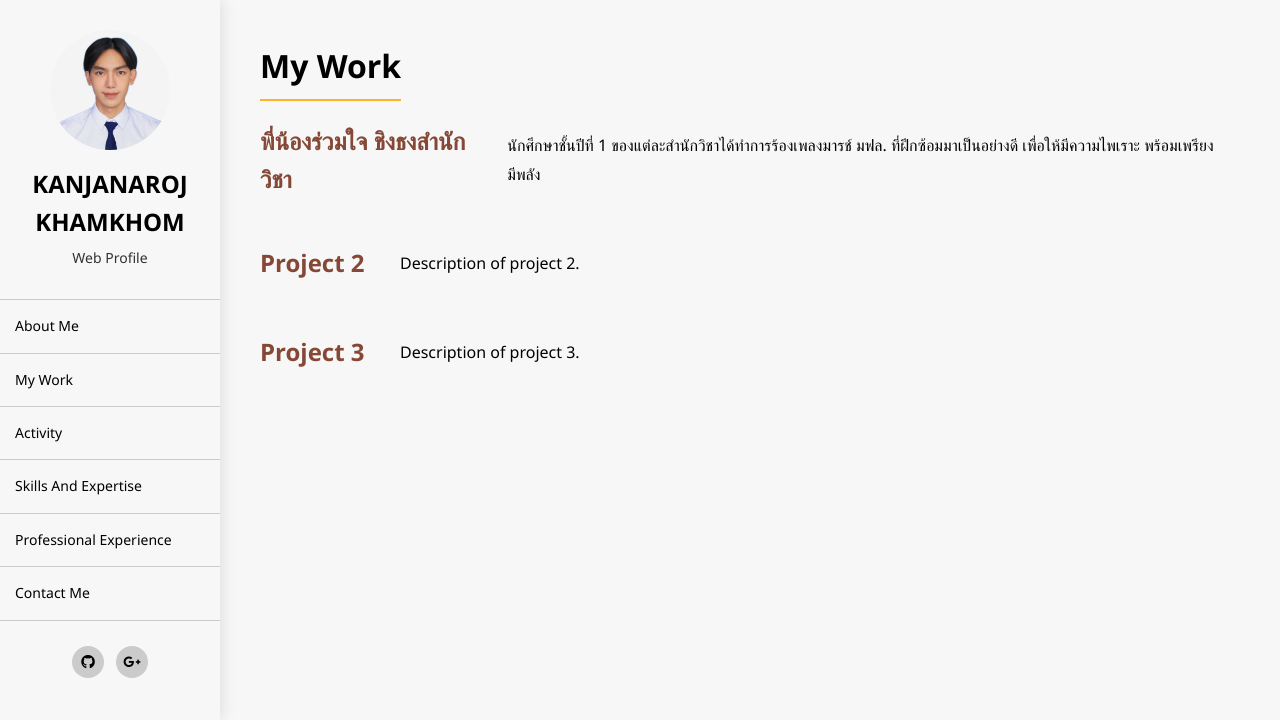
Repository: bbonds0007/profile
Page: work.html
An editor plug-in stored every save of this project. The page is shown before and after the next save, followed by the edit.
The browser window is 1280 px wide. The pictures show the whole page.

Above is the page before, as saved 2025-03-16 14:52:20.

After the next save:
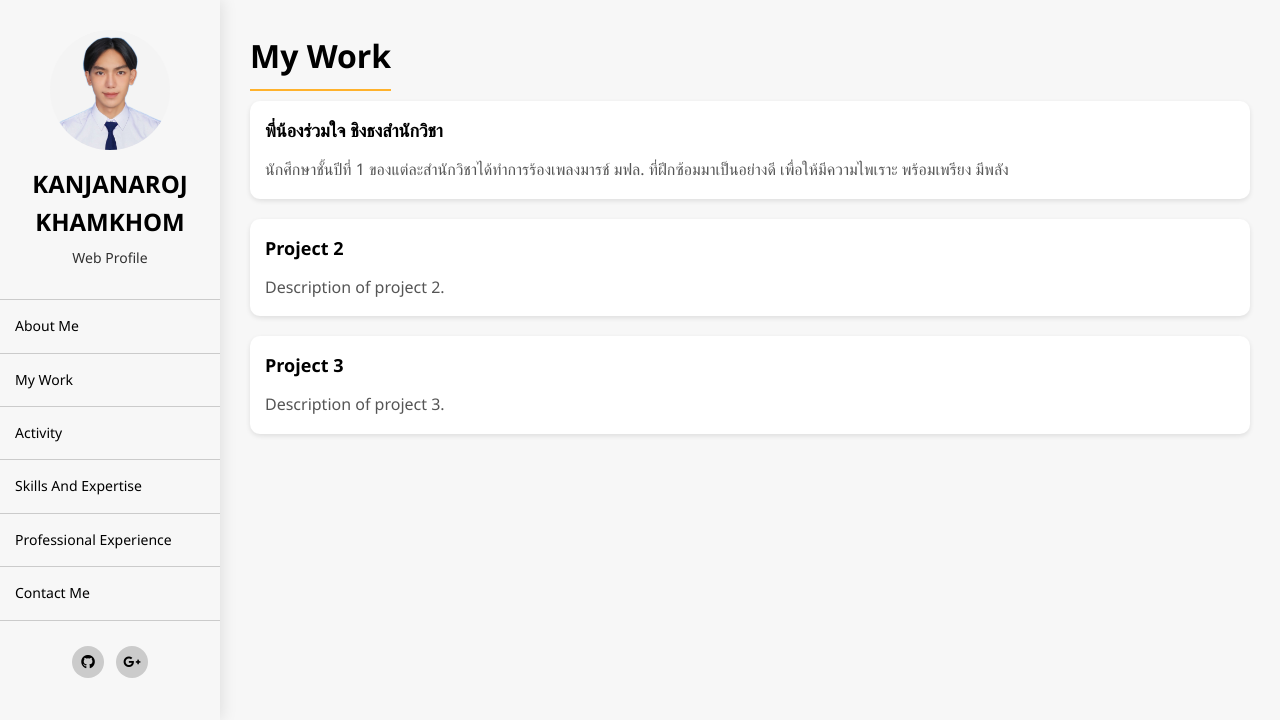
Saved 81 s later.
--- a/public/work.css
+++ b/public/work.css
@@ -1,27 +1,31 @@
+/* Main Content */
+.content {
+    width: 75%;
+    padding: 30px;
+}
+
+.content-headers h2 {
+    font-size: 36px;
+    border-bottom: 3px solid #ff6600;
+    display: inline-block;
+    padding-bottom: 5px;
+    margin-bottom: 20px;
+}
+
 .work-item {
-    display: flex;
-    justify-content: space-between; /* กระจายเนื้อหาทั้งสองด้าน */
-    align-items: center;
-    margin-bottom: 20px; /* เว้นระยะระหว่างแต่ละโปรเจกต์ */
+    margin-bottom: 20px;
+    background: #fff;
+    padding: 15px;
+    border-radius: 10px;
+    box-shadow: 0 2px 5px rgba(0, 0, 0, 0.1);
 }
 
 .work-item h3 {
-    min-width: 120px; /* กำหนดขนาดขั้นต่ำให้หัวข้อโปรเจกต์ */
-    margin-right: 20px; /* เว้นระยะห่างระหว่างหัวข้อกับเนื้อหา */
-    font-size: 24px; /* กำหนดขนาดตัวอักษรของหัวข้อ */
-    margin: 0; /* กำหนดระยะห่างของหัวข้อ */
-    color: #854836; /* กำหนดสีของหัวข้อ */
+    font-size: 18px;
+    margin-bottom: 10px;
 }
 
 .work-item p {
-    flex-grow: 1; /* ให้ข้อความขยายตัวตามพื้นที่ที่เหลือ */
-    margin: 20px; /* กำหนดระยะห่างของเนื้อหา */
+    font-size: 16px;
+    color: #555;
 }
-
-.work-item img {
-    width: 120px; /* ปรับขนาดรูปภาพให้เหมาะสม */
-    height: auto;
-    border-radius: 8px; /* กำหนดขอบรูปภาพ */
-    margin-left: 20px; /* เว้นระยะห่างระหว่างรูปภาพกับเนื้อหา */
-    box-shadow: 0 2px 4px rgba(0, 0, 0, 0.1); /* เพิ่มเงาให้กับรูปภาพ */
-}
